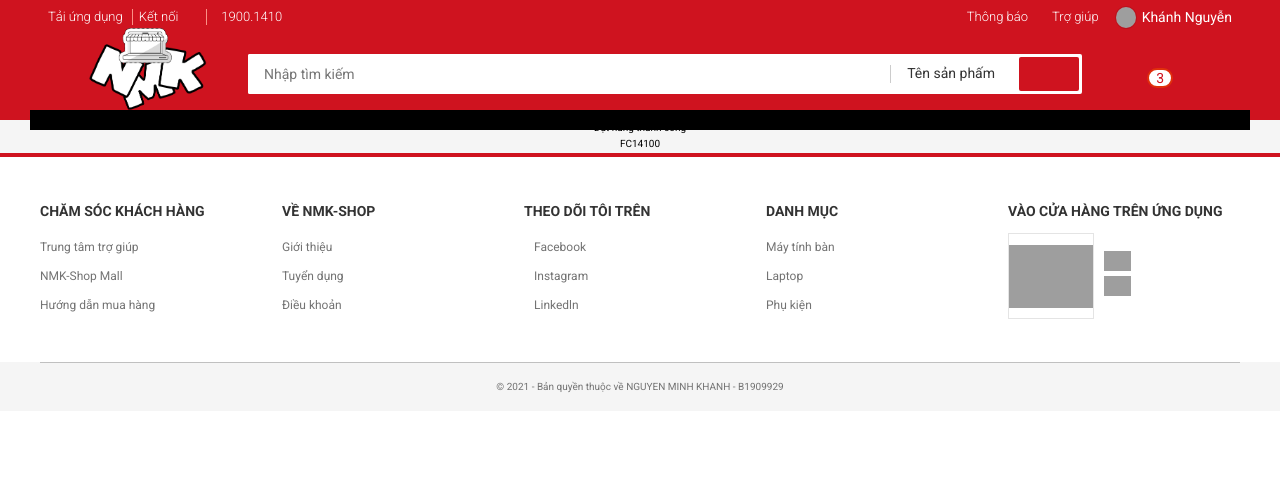
Repository: NguyenMinhKhanhB1909929/NMK-Shop
Page: orderedSuccess.html
These files come from the project's save history. The page is drawn as it stood at one moment and after the next save; the edit follows.
The browser window is 1280 px wide. The pictures show the whole page.
Pictures or frames that could not be fetched are drawn as grey boxes. Some icons come from a web library that is not loaded, so they are not drawn.

Above is the page before, as saved 2021-12-04 15:48:45.
Console error: TypeError: Cannot set properties of null (setting 'onclick')

After the next save:
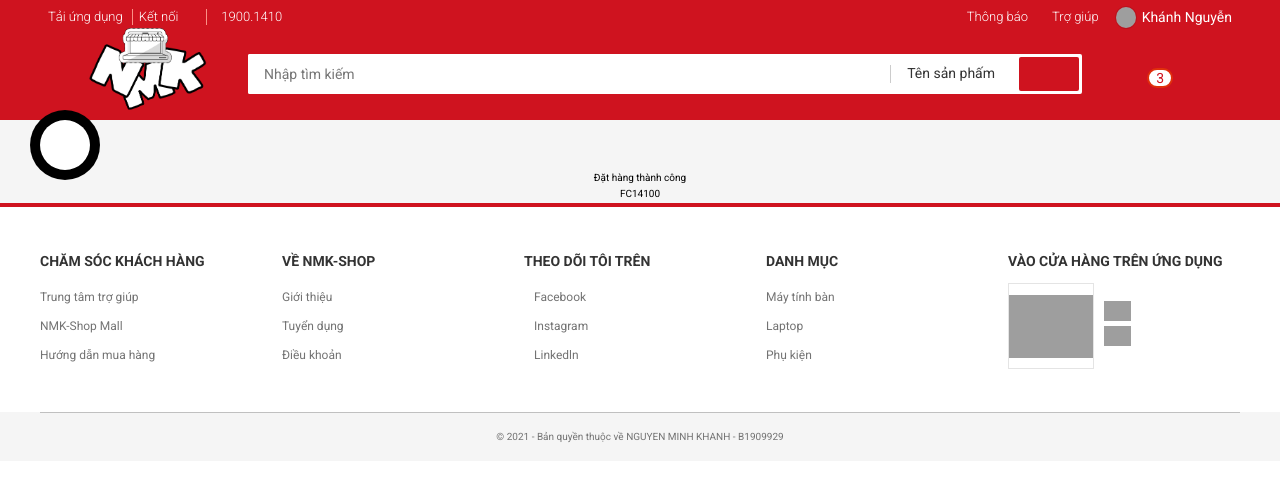
Saved 13 s later.
--- a/assets/css/orderSuccess.css
+++ b/assets/css/orderSuccess.css
@@ -2,7 +2,8 @@
   text-align: center;
 }
 .ordered__success-icon-wrap {
-  display: block;
+  height: 50px;
+  width: 50px;
   background-color: #ffffff;
   border-radius: 100rem;
   box-shadow: 0 0 0 10px #000;
